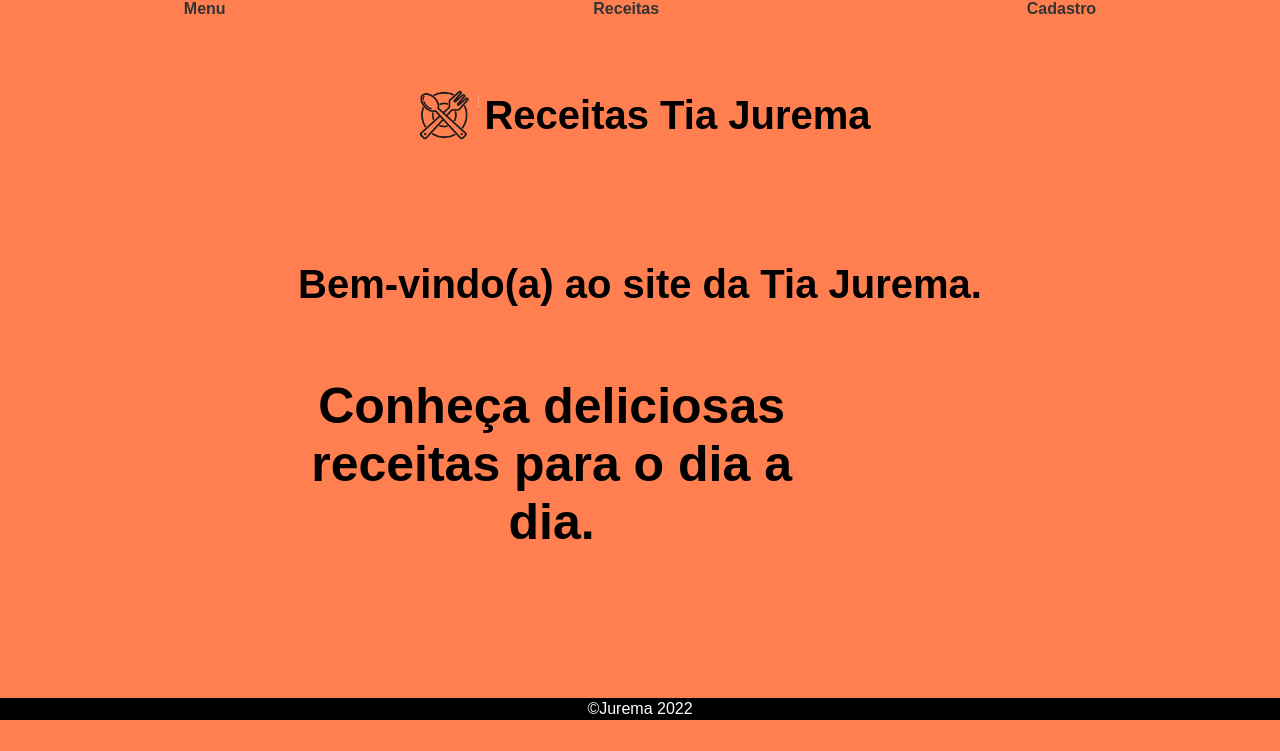
Repository: devropaes/RECEITAS
Page: OneDrive/Área de Trabalho/Estudos/Estácio/receitas/menu.html
The author's editor kept a copy of each file at every save. The page is drawn from the files as they stood at one save, then again after the next save.
The browser window is 1280 px wide. The pictures show the whole page.
Some web libraries are served in a nearby version.

Above is the page before, as saved 2024-03-12 15:52:18.

### OneDrive/Área de Trabalho/Estudos/Estácio/receitas/menu.html
<!DOCTYPE html>
<html lang="pt-br" >
<head>
  <head>
    <meta charset="UTF-8">
    <meta http-equiv="X-UA-Compatible" content="IE=edge">
    <meta name="viewport" content="width=device-width, initial-scale=1.0">
    <script src="https://kit.fontawesome.com/a076d05399.js" crossorigin="anonymous"></script>
    <link rel="stylesheet" href="./menu.css">

    <title>Menu</title>

 </head>
<body>

  <ul class="navlist">
      <li><a href="home.html">Menu</a></li>
      <li><a href="receitas.html">Receitas</a></li>
      <LI><a href="cadastro.html">Cadastro</a></LI>
 </ul>

  <main class="content">
    <div class="logo-container">
        <img src="./assets/Foto3.png" class="logo">
              <a class = "receitas__tia__jurema"> <strong>Receitas Tia Jurema</strong> </a>
    </div>
          <div class="apresentacao">
              <h1>Bem-vindo(a) ao site da Tia Jurema.</h1>
              <div class= "apresentacao h1">
              <h1>Conheça deliciosas receitas para o dia a dia.</h1>
            </div>
          </div>

  </main>



      <footer class="rodape">
           <p>&copy;Jurema 2022 </p>
      </footer>
</body>
</html>

### OneDrive/Área de Trabalho/Estudos/Estácio/receitas/menu.css


:root {
    --cor-primaria: #ff7f50;
    --cor-secundaria: #333;
    --cor-terciaria: #000;
    --cor-hover: #fff;
    --font-primaria: "Arial, Helvetica", sans-serif;
    --font-secundaria: "Krona-One", sans-serif;
}

* {
    margin: 0;
    padding: 0;
    box-sizing: border-box;
}

body {
    background-color: var(--cor-primaria);
    font-family: var(--font-secundaria);
    font-size: 1em;
    font-weight: 400;
    text-align: center;
}

.navlist {
    list-style: none;
    padding: 0;
    display: flex;
    justify-content: space-around;
    color: var(--cor-secundaria);
    font-size: 1rem;
    font-weight: 600;
    margin-bottom: 70px;
}

.navlist a {
    text-decoration: none;
    color: var(--cor-secundaria);
    font-size: 1rem;
    font-weight: 600;
    font-family: var(--font-primaria);

}
.logo-container {
    display: flex;
    align-items: center;
    margin-bottom: 50px;
}

.logo {
    width: 90px;
    margin-right: 30px;

}

.receitas__tia__jurema {
    width: 50px;
    font-size: 2.5em;
    margin-bottom: 30px;
    padding: 50px;
    display:contents;

}

.content {
    display: flex;
    flex-direction: column;
    align-items: center;
    justify-content: center;
    text-align: center;

}

.apresentacao {
    font-size: 1.25em;
    text-align:inherit;
    padding: 70px;
    width: 80%; /* Ajuste conforme necessário */

    margin-bottom: 30px;
}
.apresentação h1 {
    margin-bottom:30px ;
}

/* Adicione esta regra para alinhar o logo à esquerda da Receitas Tia Jurema */
..content {
    display: flex;
    align-items: center;
}

.logo {
    width: 70px;
    margin-right: 5px; /* Ajuste conforme necessário */

}

.rodape {
    background-color: var(--cor-terciaria);
    color: var(--cor-hover);
    text-align: center;
    padding: 2px;
    position: fixed;
    border-bottom: var(--cor-hover);
    left: 0;
    bottom: 0%;
    width: 100%;
    max-width: 100%;
}

After the next save:
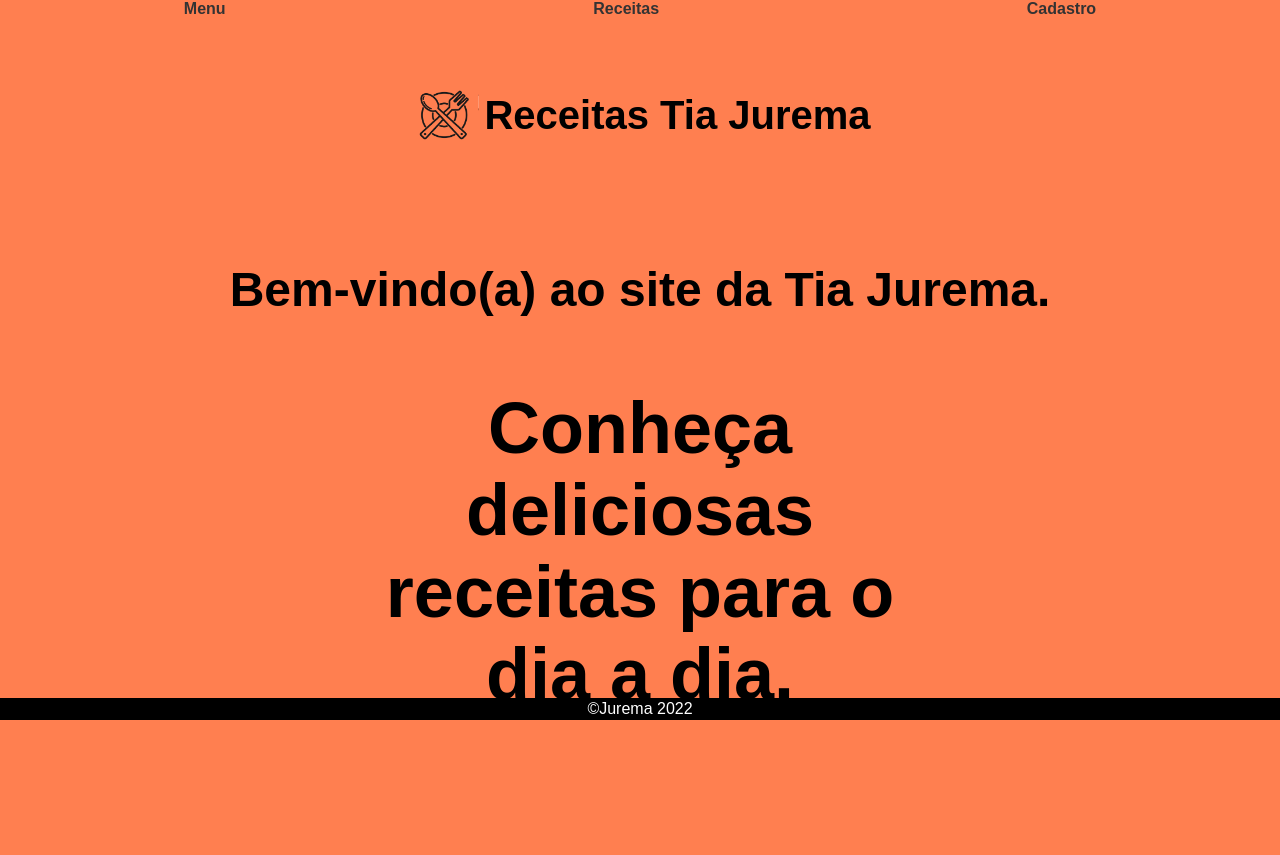
Saved 55 s later.
--- a/OneDrive/Área de Trabalho/Estudos/Estácio/receitas/menu.css
+++ b/OneDrive/Área de Trabalho/Estudos/Estácio/receitas/menu.css
@@ -73,12 +73,12 @@ body {
 }
 
 .apresentacao {
-    font-size: 1.25em;
+    font-size: 1.5em;
     text-align:inherit;
     padding: 70px;
     width: 80%; /* Ajuste conforme necessário */
+    margin: auto;
 
-    margin-bottom: 30px;
 }
 .apresentação h1 {
     margin-bottom:30px ;
